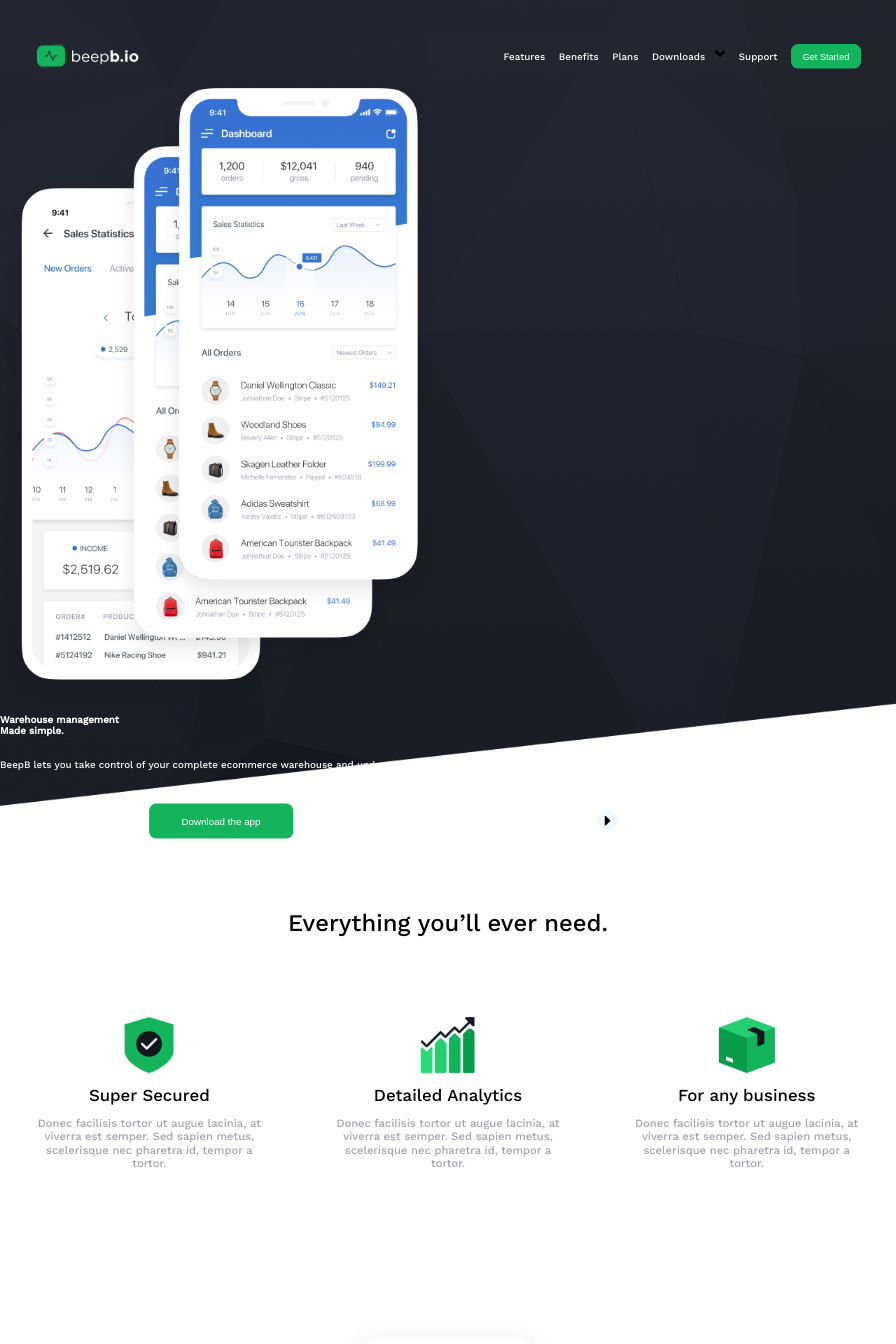
Repository: thinhnguyen347/thinhnguyen347.github.io
Page: cut-html-css/index.html
These files come from the project's save history. The page is drawn as it stood at one moment and after the next save; the edit follows.
The browser window is 1280 px wide. The pictures show the part of the page from y = 0 to 1920 px (the page is 4906 px tall), at 70% of full size.

Above is the page before, as saved 2021-11-10 19:31:10.

After the next save:
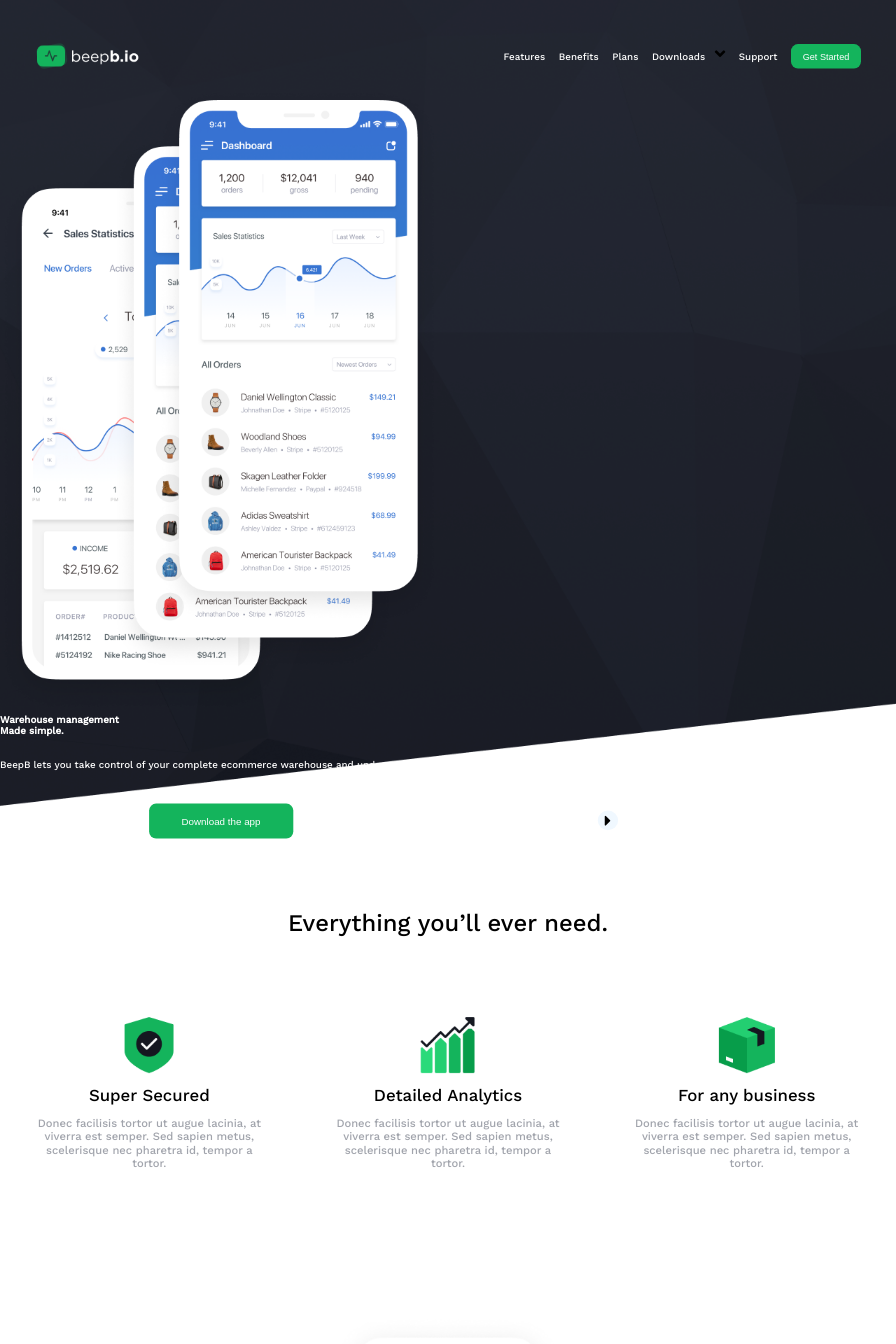
Saved 4 s later.
--- a/cut-html-css/css/style.css
+++ b/cut-html-css/css/style.css
@@ -157,7 +157,7 @@ li.menuitem:hover .drop-down {
 
 .iphone-x2 {
   position: absolute;
-  top: -10%;
+  top: -8%;
   left: 40%;
 }
 
